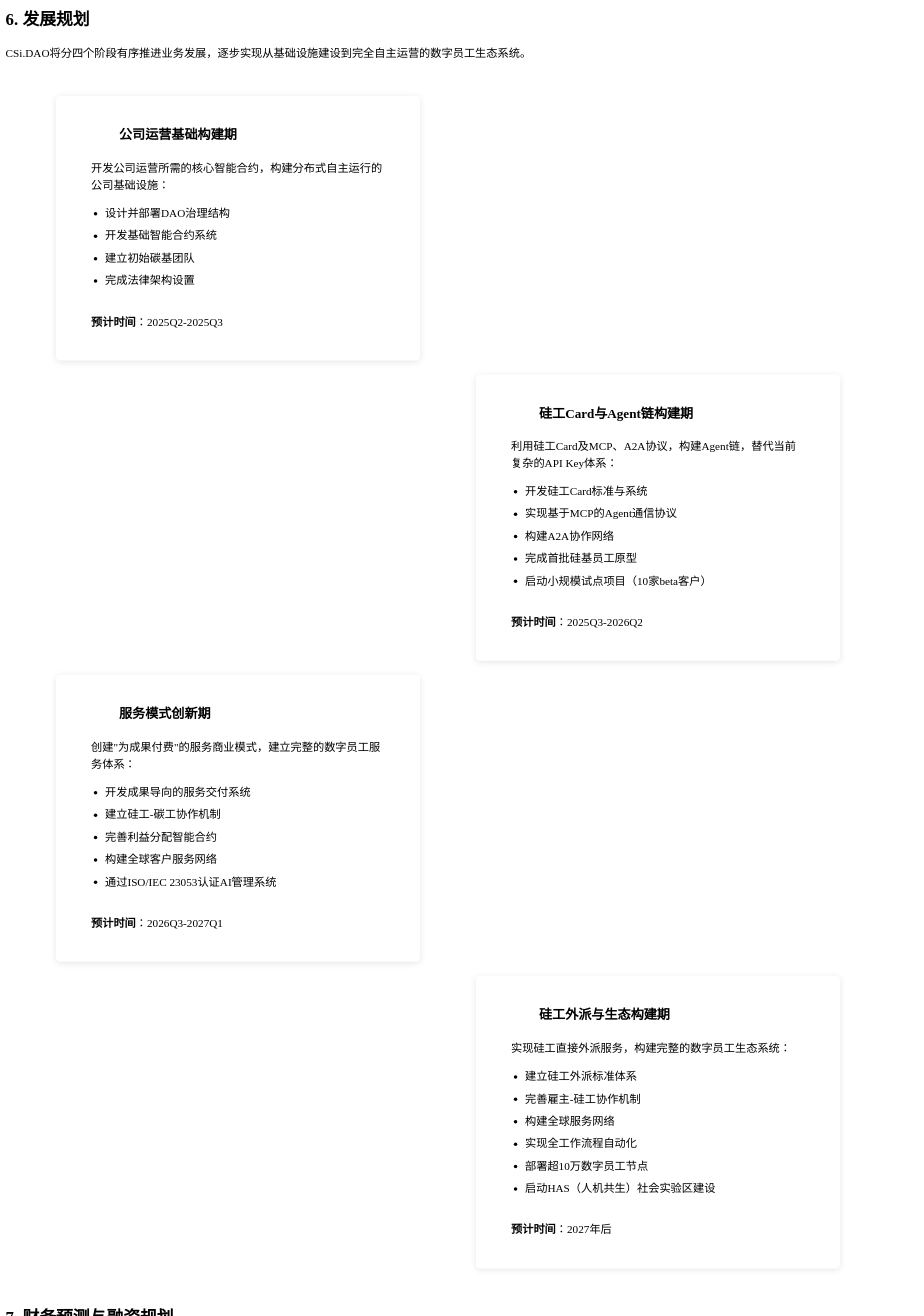
Repository: delez911/ainize
Page: static-site/src/components/development/development.html
An editor plug-in stored every save of this project. The page is shown before and after the next save, followed by the edit.
The browser window is 1280 px wide. The page is 1280 px wide, then 1320 px, so the pictures cover 1320 px, including what lies to the right of the window. The pictures show the part of the page from y = 0 to 1880 px (the page is 2582 px tall before and 2558 px after), at 70% of full size.

Above is the page before, as saved 2025-04-24 10:26:22.

After the next save:
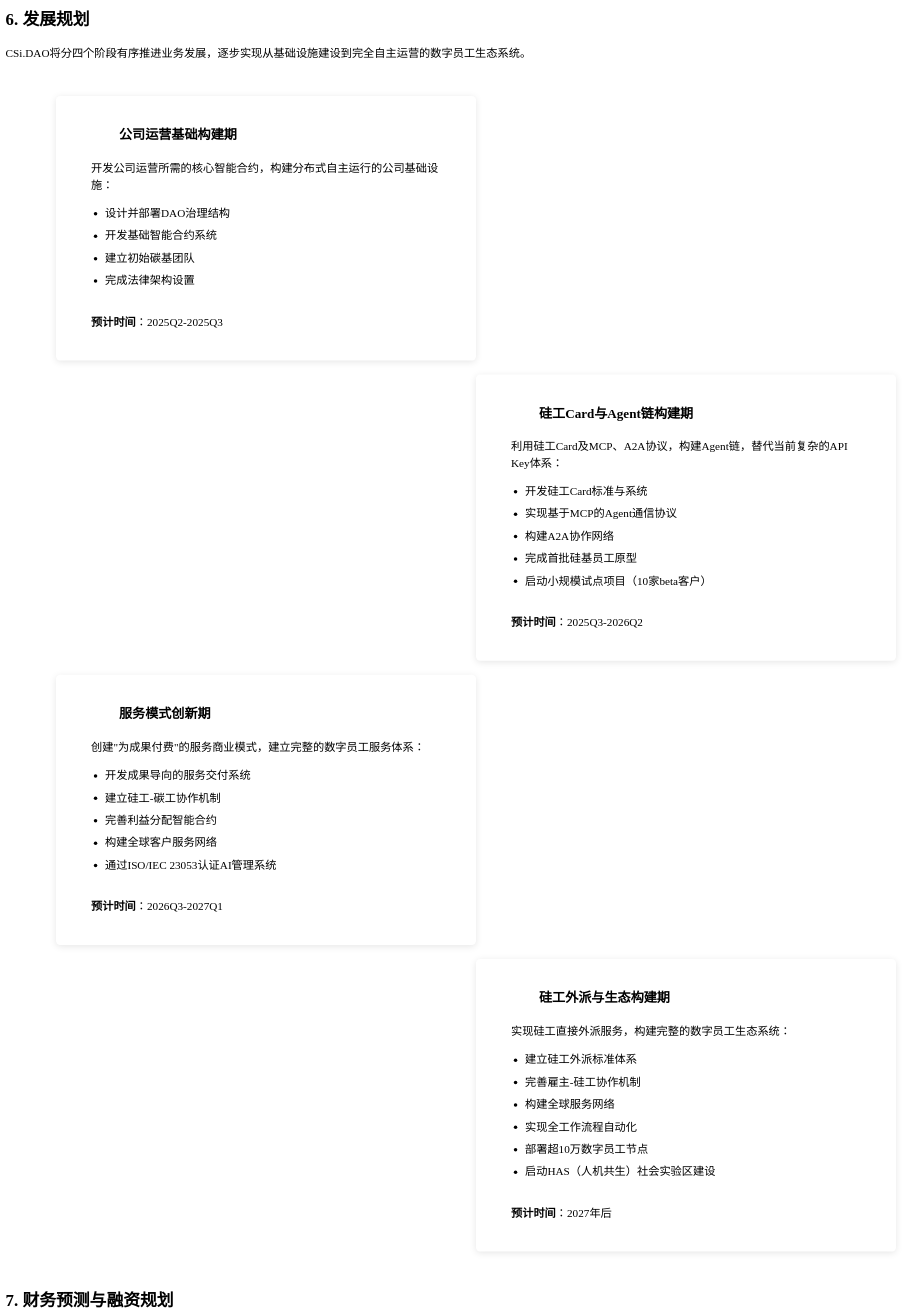
Saved 2 min 14 s later.
--- a/static-site/src/styles/timeline.css
+++ b/static-site/src/styles/timeline.css
@@ -4,7 +4,6 @@
     margin: 40px auto;
 }
 
-/* 中轴线 */
 .timeline::after {
     content: '';
     position: absolute;
@@ -14,76 +13,66 @@
     bottom: 0;
     left: 50%;
     margin-left: -3px;
-    z-index: 0;
 }
 
-/* 容器基础样式 */
 .timeline-container {
     padding: 10px 40px;
     position: relative;
     background-color: inherit;
     width: 50%;
-    box-sizing: border-box;
 }
 
-/* 时间节点 */
 .timeline-container::after {
     content: '';
     position: absolute;
     width: 25px;
     height: 25px;
+    right: -13px;
     background-color: white;
     border: 4px solid var(--secondary-color);
-    top: 22px;
+    top: 15px;
     border-radius: 50%;
     z-index: 1;
 }
 
-/* 左侧容器 */
 .timeline-left {
     left: 0;
 }
 
-.timeline-left::after {
-    right: -16px;
+.timeline-right {
+    left: 50%;
 }
 
 .timeline-left::before {
     content: " ";
+    height: 0;
     position: absolute;
     top: 22px;
+    width: 0;
+    z-index: 1;
     right: 30px;
-    width: 0;
-    height: 0;
-    z-index: 1;
     border: medium solid var(--light-color);
     border-width: 10px 0 10px 10px;
     border-color: transparent transparent transparent var(--light-color);
 }
 
-/* 右侧容器 */
-.timeline-right {
-    left: 50%;
-}
-
-.timeline-right::after {
-    left: -16px;
-}
-
 .timeline-right::before {
     content: " ";
+    height: 0;
     position: absolute;
     top: 22px;
+    width: 0;
+    z-index: 1;
     left: 30px;
-    width: 0;
-    height: 0;
-    z-index: 1;
     border: medium solid var(--light-color);
     border-width: 10px 10px 10px 0;
     border-color: transparent var(--light-color) transparent transparent;
 }
 
-/* 内容样式 */
+.timeline-right::after {
+    left: -12px;
+}
+
 .timeline-content {
     padding: 20px 30px;
     background-color: white;
